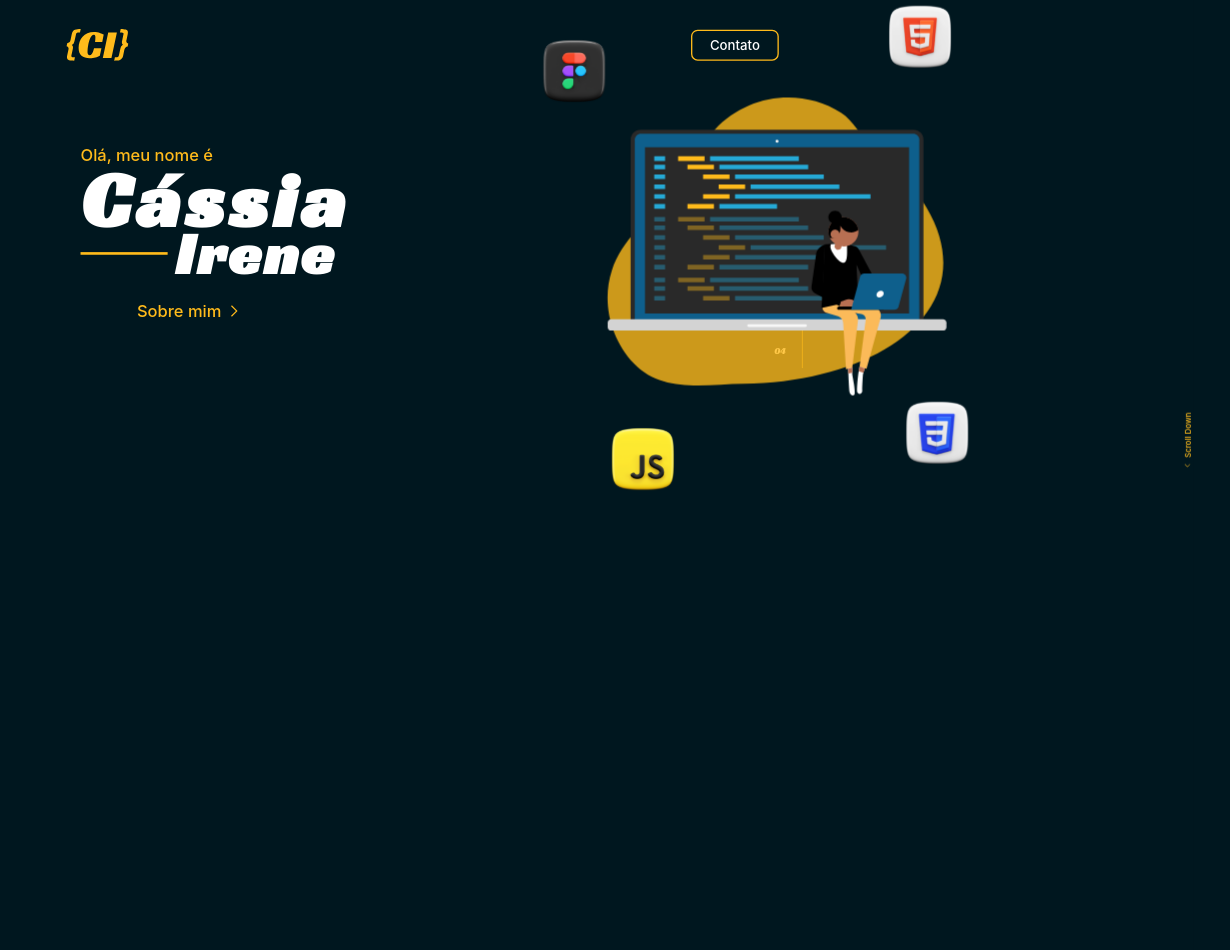
Repository: Cassia-Irene/My-Portfolio
Page: /
The author's editor kept a copy of each file at every save. The page is drawn from the files as they stood at one save, then again after a run of saves.
The browser window is 1280 px wide. The page is 1809 px wide, then 1864 px, then 1809 px, so the pictures cover 1864 px, including what lies to the right of the window. The pictures show the whole page, at 66% of full size.
The project was rebuilt for these pictures with package versions that can differ from the ones it lists, and the page was loaded fresh each time. Also part of the build but not shown: vite.config.ts.

Above is the page before, as saved 2025-08-03 22:05:24.

After the next 2 saves:
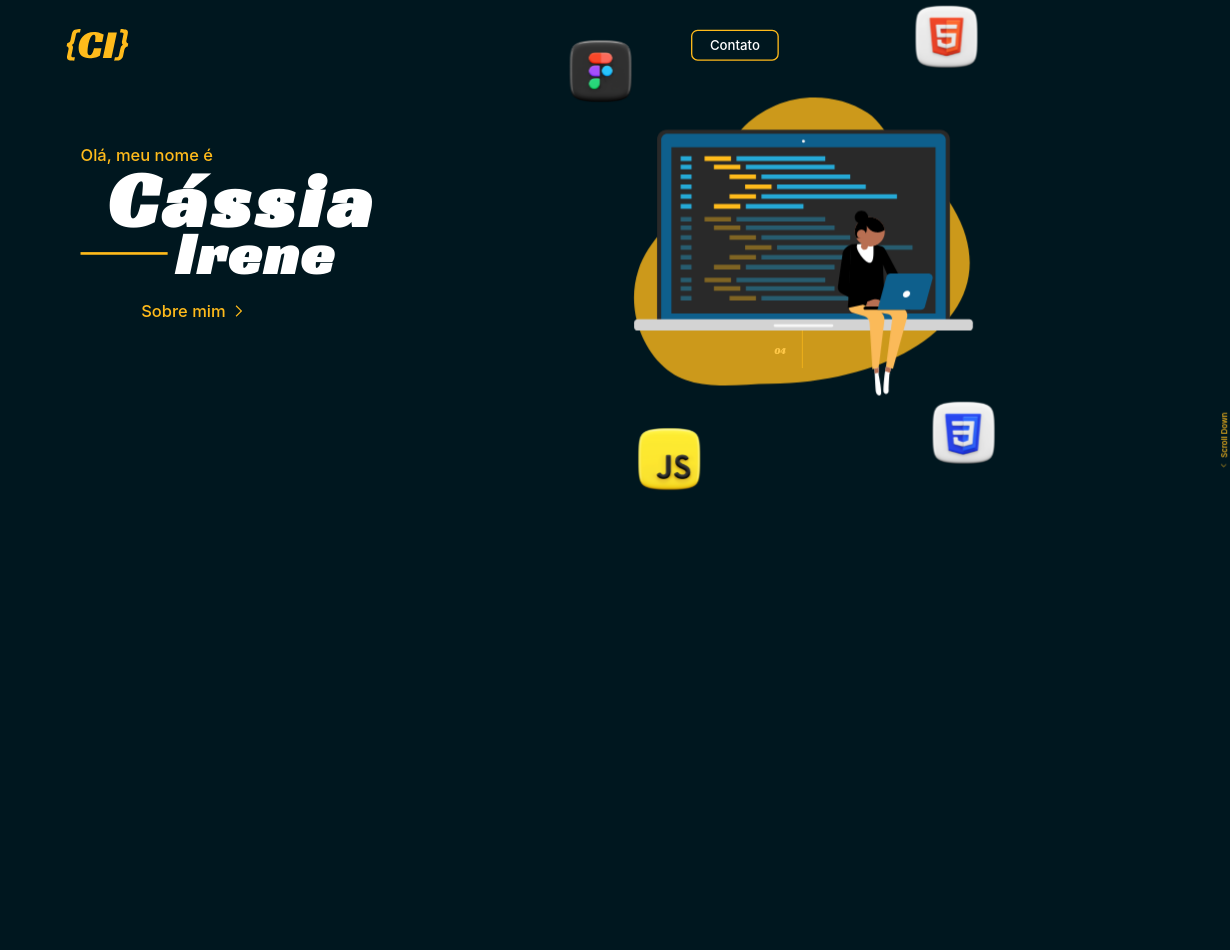
The 2 saves are shown as one change because they came seconds apart.
The last was saved 8 s later.
--- a/src/Hero.tsx
+++ b/src/Hero.tsx
@@ -36,7 +36,7 @@
   color: #FFFFFF;
   margin-top: -23px;
   letter-spacing: 8px;
-  margin-left: 40x;
+  padding-left: 40px;
 `;
 
 const IreneWrapper = styled.div`

After the 3 saves that followed:
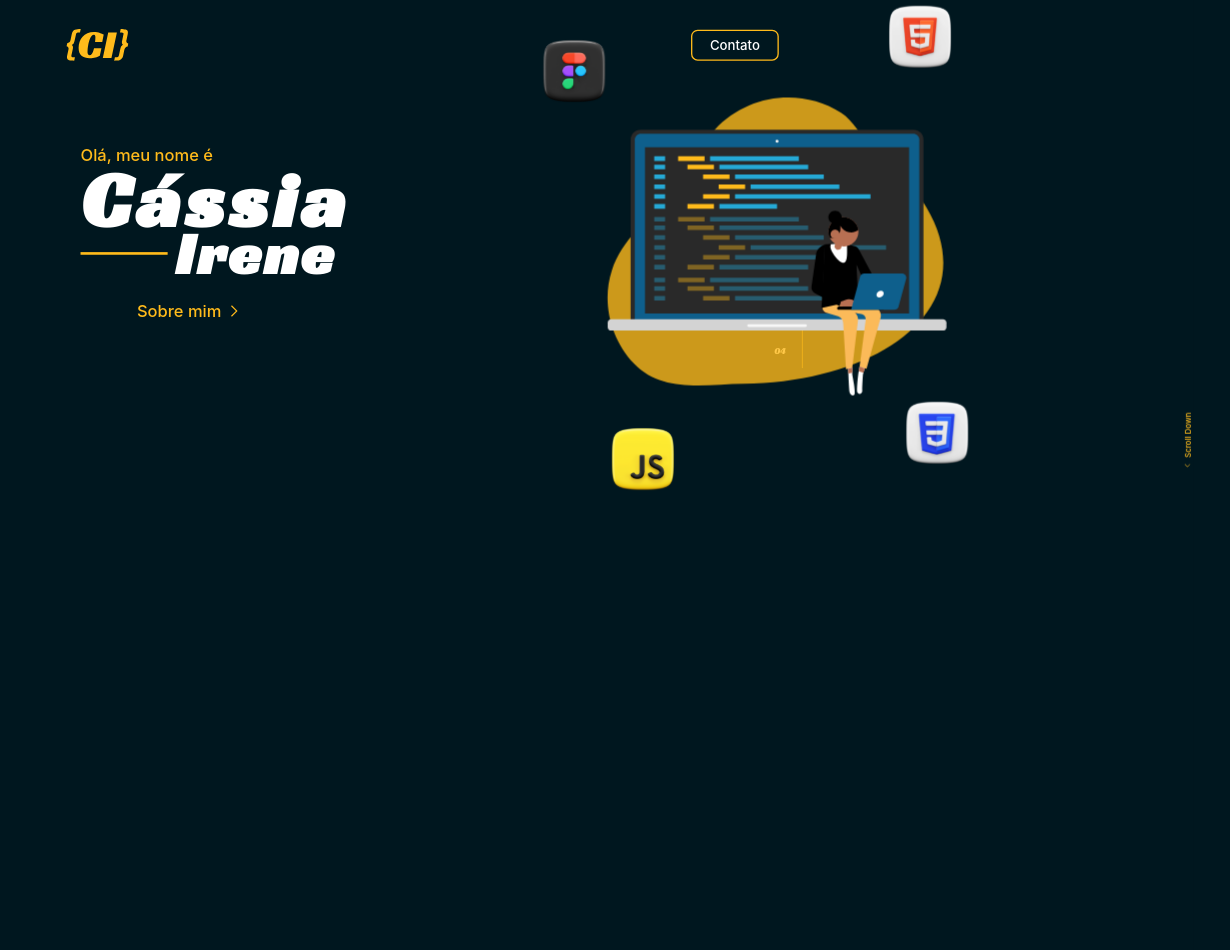
The 3 saves are shown as one change because they came seconds apart.
The last was saved 9 s later.
--- a/src/Hero.tsx
+++ b/src/Hero.tsx
@@ -36,7 +36,7 @@
   color: #FFFFFF;
   margin-top: -23px;
   letter-spacing: 8px;
-  padding-left: 40px;
+  left: 40px;
 `;
 
 const IreneWrapper = styled.div`
